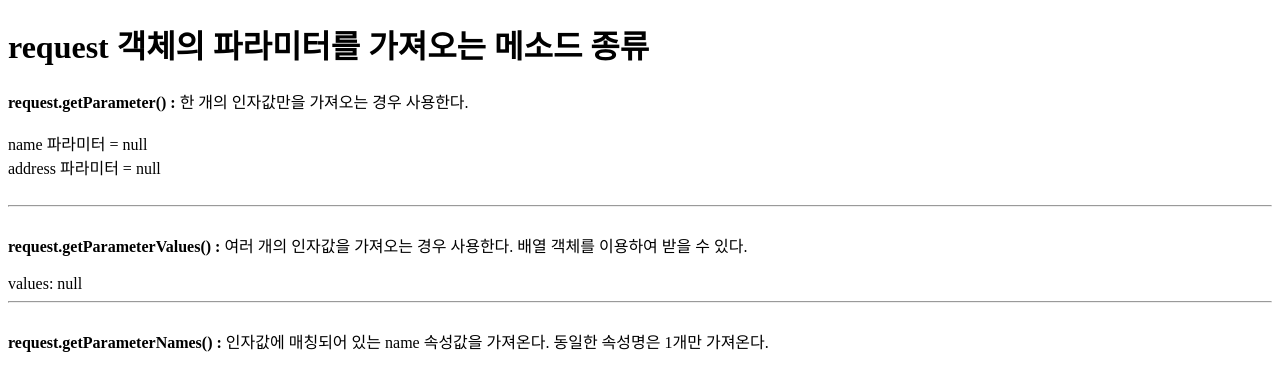
Repository: zhyuk/FullStackStudy
Page: http://localhost/jspfirst/08_05_formParameter.jsp
An editor plug-in stored every save of this project. The page is shown before and after the next save, followed by the edit.
The browser window is 1280 px wide. The pictures show the whole page.
The page is served by Tomcat 9.

Above is the page before, as saved 2024-08-27 02:30:56.

After the next save:
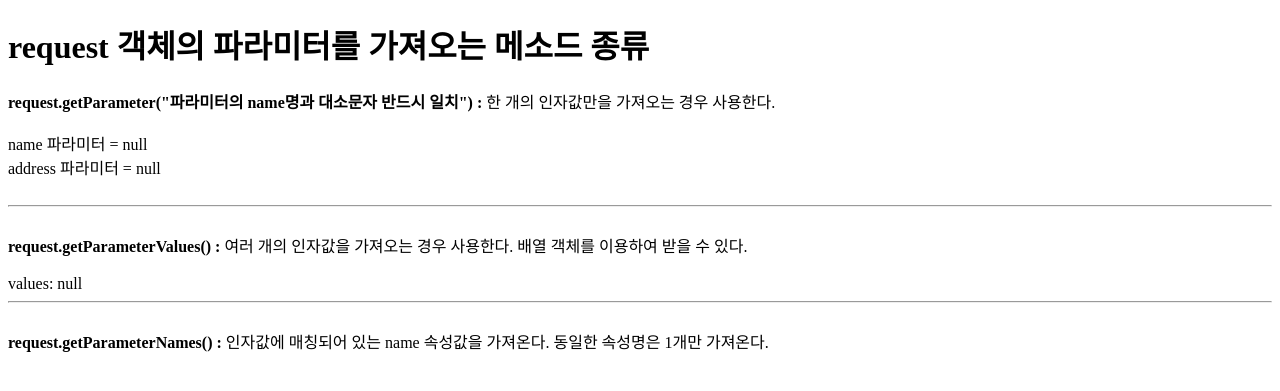
Saved 37 min 14 s later.
--- a/jsp/jspwork/jspfirst/src/main/webapp/08_05_formParameter.jsp
+++ b/jsp/jspwork/jspfirst/src/main/webapp/08_05_formParameter.jsp
@@ -16,7 +16,7 @@ request.setCharacterEncoding("utf-8");
 </head>
 <body>
 	<h1>request 객체의 파라미터를 가져오는 메소드 종류</h1>
-	<b>request.getParameter() : </b> 한 개의 인자값만을 가져오는 경우 사용한다.<br><br>
+	<b>request.getParameter("파라미터의 name명과 대소문자 반드시 일치") : </b> 한 개의 인자값만을 가져오는 경우 사용한다.<br><br>
 
 	name 파라미터 = <%= request.getParameter("name") %><br>
 	address 파라미터 = <%= request.getParameter("address") %><br>
